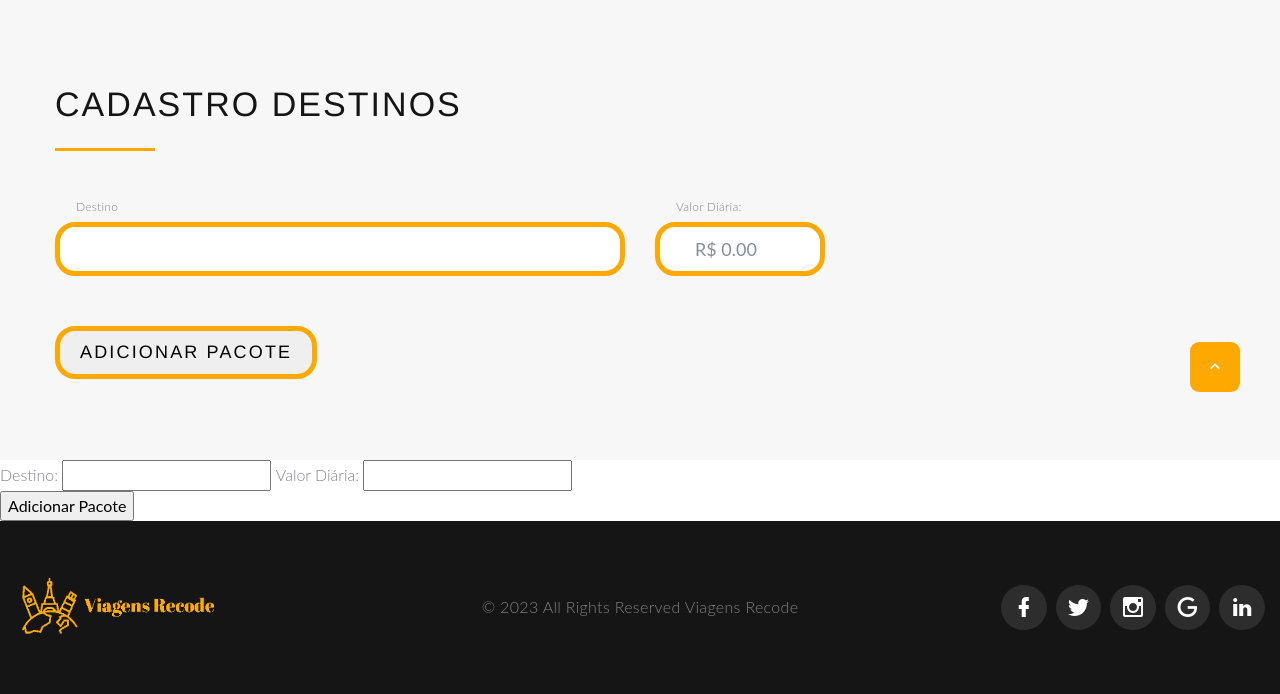
Repository: LiraS23/RecodePro2023-Modulo-4
Page: java/Modulo4/src/main/webapp/destinos.html
The author's editor kept a copy of each file at every save. The page is drawn from the files as they stood at one save, then again after the next save.
The browser window is 1280 px wide. The pictures show the part of the page from y = 388 to 1082 px (the page is 1082 px tall).
Some web fonts or font styles are not loaded; a fallback is used.

Above is the page before, as saved 2023-10-28 16:28:11.

### java/Modulo4/src/main/webapp/destinos.html
<!DOCTYPE html>
<html lang="pt-br">

<head>
	<meta charset="UTF-8">
	<meta name="viewport" content="width=device-width, initial-scale=1.0">
	<title>Destinos</title>
	<link rel="icon" href="assets/images/favicon.ico" type="image/x-icon">
	<!-- Stylesheets -->
	<link rel="stylesheet" type="text/css"
		href="assets/fonts.googleapis.com/css?family=Oswald:200,400%7CLato:300,400,300italic,700%7CMontserrat:900">
	<link rel="stylesheet" href="assets/css/bootstrap.css">
	<link rel="stylesheet" href="assets/css/style.css">
	<link rel="stylesheet" href="assets/css/fonts.css">
</head>

<body>
	<div class="page">
		<header class="section page-header breadcrumbs-custom-wrap bg-gradient bg-secondary-2 novi-background bg-cover">
			<!-- RD Navbar-->
			<div class="rd-navbar-wrap rd-navbar-default">
				<nav class="rd-navbar rd-navbar-expand-lg rd-navbar-light custom-navbar" style="z-index: 1000;"
					data-layout="rd-navbar-fixed" data-sm-layout="rd-navbar-fixed" data-md-layout="rd-navbar-fixed"
					data-md-device-layout="rd-navbar-fixed" data-lg-layout="rd-navbar-fullwidth"
					data-xl-layout="rd-navbar-static" data-lg-device-layout="rd-navbar-fixed"
					data-xl-device-layout="rd-navbar-static" data-md-stick-up-offset="2px" data-lg-stick-up-offset="2px"
					data-stick-up="true" data-sm-stick-up="true" data-md-stick-up="true" data-lg-stick-up="true"
					data-xl-stick-up="true">
					<div class="rd-navbar-inner">
						<!-- RD Navbar Panel-->
						<div class="rd-navbar-panel">
							<!-- RD Navbar Toggle-->
							<button class="rd-navbar-toggle"
								data-rd-navbar-toggle=".rd-navbar-nav-wrap"><span></span></button>
							<!-- RD Navbar Brand-->
							<div class="rd-navbar-brand"><a class="brand-name" href="index.html"><img
										class="logo-default" src="assets/images/logo-default-208x46.png" alt=""
										width="208" height="46" /><img class="logo-inverse"
										src="assets/images/logo-inverse-208x46.png" alt="" width="208"
										height="46" /></a></div>
						</div>
						<div class="rd-navbar-aside-right">
							<div class="rd-navbar-nav-wrap">
								<!-- RD Navbar Nav-->
								<ul class="rd-navbar-nav">
									<li><a href="index.html">Home</a>
									</li>
									<li class="active"><a href="destinos.html">Destinos</a>
									</li>
									<li><a href="promocoes.html">Promoções</a>
									</li>
									<li><a href="contato.html">Contato</a>
									</li>
									<li><a href="cliente.html">Cliente</a>
									</li>
								</ul>
							</div>
						</div>
						<div class="rd-navbar-aside-right"><a class="button button-sm button-secondary button-nina"
								href="pedidos.html">Reserve um passeio agora</a></div>
					</div>
				</nav>
			</div>
			<!-- Breadcrumbs-->
			<section class="breadcrumbs-custom"
				style="background: url(&quot;https://png.pngtree.com/thumb_back/fw800/back_pic/03/93/99/8257e7bbd63b3ff.jpg&quot;); background-size: cover;">
				<div class="container">
					<p class="breadcrumbs-custom-subtitle">Encontre seu proximo destino!</p>
					<p class="heading-1 breadcrumbs-custom-title">Destinos</p>
				</div>
			</section>
		</header>

		<!-- Cadastro destinos-->
		<section class="section section-wrap bg-gray-lighter novi-background bg-cover">
			<div class="section-wrap-inner">
				<div class="container container-bigger">
					<div class="row">
						<div class="col">
							<div class="section section-lg">
								<h3>Cadastro destinos</h3>
								<hr class="divider divider-left divider-secondary">
								<!-- RD Mailform-->
								<form class="rd-mailform" data-form-output="form-output-global"
									data-form-type="cadastro" method="post" action="/Modulo4/MeuPacoteServlet">
									<input type="hidden" name="action" value="adicionar">
									<div class="row row-fix row-20">
										<div class="col-md-6">
											<div class="form-wrap form-wrap-validation">
												<label class="form-label-outside" for="destino">Destino</label>
												<input class="form-control"
													style="border: 5px solid #FFA900; border-radius: 20px;" id="destino"
													type="text" name="destino" required>
											</div>
										</div>
										<div class="col-md-2">
											<div class "form-wrap form-wrap-validation">
												<label class="form-label-outside" for="valorDiaria">Valor
													Diária:</label>
												<input class="form-control"
													style="border: 5px solid #FFA900; border-radius: 20px;" type="text"
													name="valorDiaria" placeholder="R$ 0.00" required>
											</div>
										</div>
										<div class="col-sm-12 offset-custom-1">
											<div class="form-button">
												<input class="btn btn-secondary"
													style="border: 5px solid #FFA900; border-radius: 20px;"
													type="submit" value="Adicionar Pacote"></input>
											</div>
										</div>
									</div>
								</form>
							</div>
						</div>
					</div>
				</div>
			</div>
		</section>

		<form action="/Modulo4/MeuPacoteServlet" method="post">
			<input type="hidden" name="action" value="adicionar">
			<label for="destino">Destino:</label>
			<input type="text" name="destino" required>
			<label for="valorDiaria">Valor Diária:</label>
			<input type="text" name="valorDiaria" required><br>
			<input type="submit" value="Adicionar Pacote">
		</form>

		<!-- Footer Minimal-->
		<footer class="section page-footer page-footer-minimal novi-background bg-cover text-center bg-gray-darker">
			<div class="container container-wide">
				<div class="row row-fix justify-content-sm-center align-items-md-center row-30">
					<div class="col-md-10 col-lg-7 col-xl-4 text-xl-left"><a href="index.html"><img class="inverse-logo"
								src="assets/images/logo-inverse-208x46.png" alt="" width="208" height="46" /></a></div>
					<div class="col-md-10 col-lg-7 col-xl-4">
						<p class="right">&#169;&nbsp;<span class="copyright-year"></span> All Rights Reserved Viagens
							Recode
						</p>
					</div>
					<div class="col-md-10 col-lg-7 col-xl-4 text-xl-right">
						<ul class="group-xs group-middle">
							<li><a class="icon novi-icon icon-md-middle icon-circle icon-secondary-5-filled mdi mdi-facebook"
									href="#"></a></li>
							<li><a class="icon novi-icon icon-md-middle icon-circle icon-secondary-5-filled mdi mdi-twitter"
									href="#"></a></li>
							<li><a class="icon novi-icon icon-md-middle icon-circle icon-secondary-5-filled mdi mdi-instagram"
									href="#"></a></li>
							<li><a class="icon novi-icon icon-md-middle icon-circle icon-secondary-5-filled mdi mdi-google"
									href="#"></a></li>
							<li><a class="icon novi-icon icon-md-middle icon-circle icon-secondary-5-filled mdi mdi-linkedin"
									href="#"></a></li>
						</ul>
					</div>
				</div>
			</div>
		</footer>
	</div>

	<!-- Global Mailform Output-->
	<div class="snackbars" id="form-output-global"> </div>
	<!-- Javascript-->
	<script src="assets/js/core.min.js"></script>
	<script src="assets/js/script.js"></script>

</body>

</html>

Loaded but not shown: java/Modulo4/src/main/webapp/assets/css/bootstrap.css (library); java/Modulo4/src/main/webapp/assets/css/style.css (library); java/Modulo4/src/main/webapp/assets/css/fonts.css (library); java/Modulo4/src/main/webapp/assets/js/core.min.js (library); java/Modulo4/src/main/webapp/assets/js/script.js (1496 lines, source omitted)

After the next save:
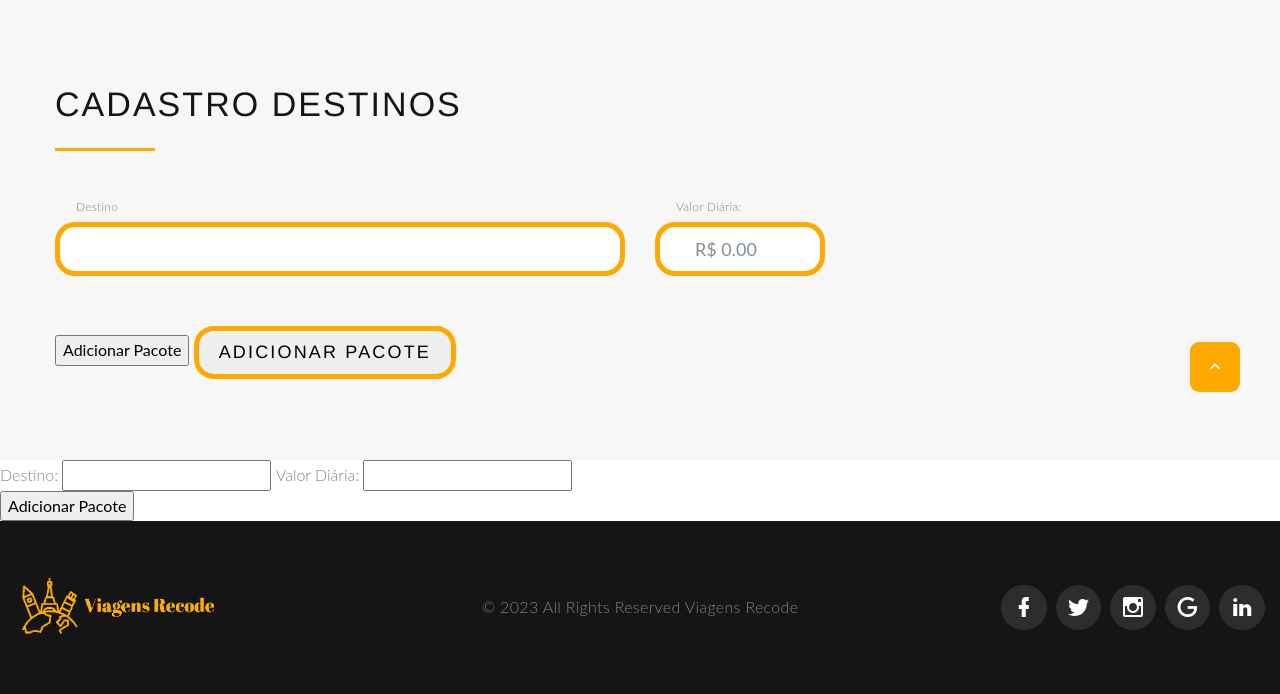
Saved 24 s later.
--- a/java/Modulo4/src/main/webapp/destinos.html
+++ b/java/Modulo4/src/main/webapp/destinos.html
@@ -104,6 +104,9 @@
 										</div>
 										<div class="col-sm-12 offset-custom-1">
 											<div class="form-button">
+
+												<input type="submit" value="Adicionar Pacote">
+
 												<input class="btn btn-secondary"
 													style="border: 5px solid #FFA900; border-radius: 20px;"
 													type="submit" value="Adicionar Pacote"></input>
